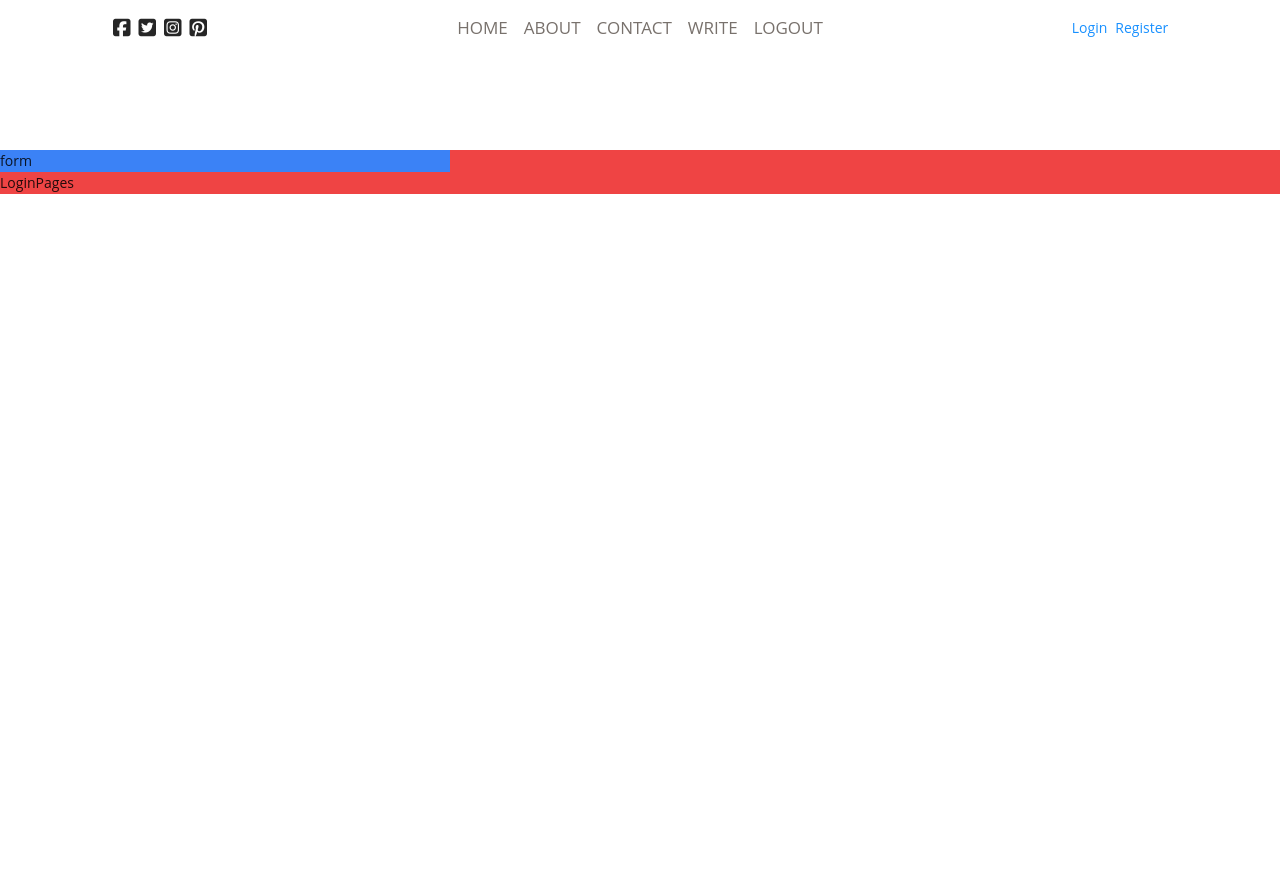
Repository: truongnguyenuit/Blog_App_ver2
Page: /login (app in client/)
These files come from the project's save history. The page is drawn as it stood at one moment and after the next save; the edit follows.
The browser window is 1280 px wide. The pictures show the whole page.
Some web libraries are served in a nearby version. The project was rebuilt for these pictures with package versions that can differ from the ones it lists, and the page was loaded fresh each time. Also part of the build but not shown: client/src/components/AboutComponent.js, client/src/pages/HomePage.js, client/src/pages/RegisterPage.js.

Above is the page before, as saved 2022-07-18 11:13:41.

After the next save:
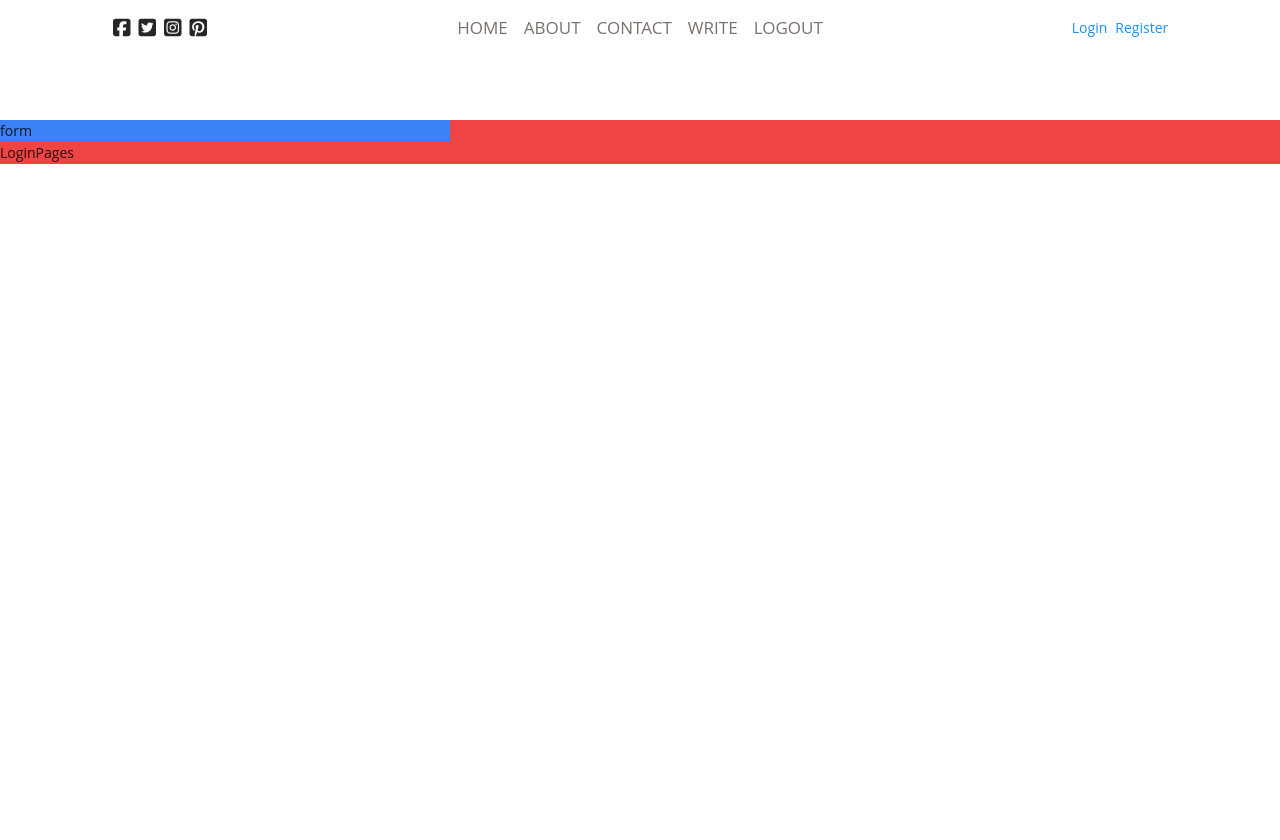
Saved 12 s later.
--- a/client/src/pages/LoginPage.js
+++ b/client/src/pages/LoginPage.js
@@ -2,7 +2,7 @@ import React from 'react'
 
 const LoginPage = () => {
   return (
-    <div className='bg-red-500  mt-[150px]'>
+    <div className='bg-red-500  mt-[120px]'>
       <div className="bg-blue-500 w-[450px]">
         form
       </div>
